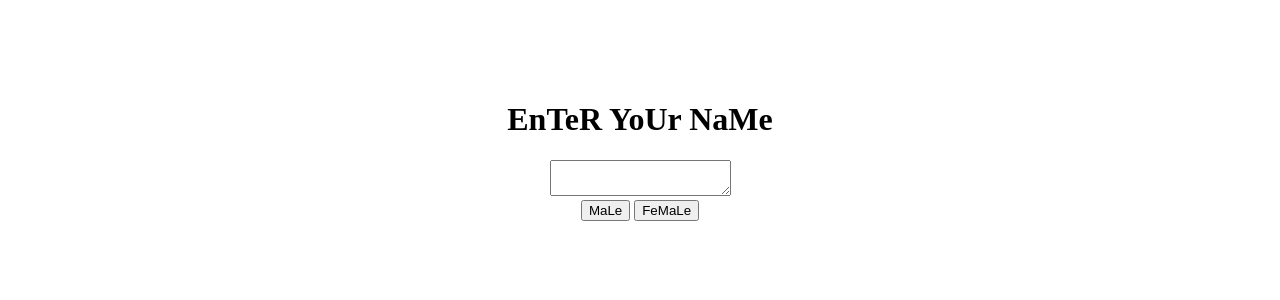
Repository: mutuz786/GameProject
Page: gameproject-app/WebContent/index.html
These files come from the project's save history. The page is drawn as it stood at one moment and after the next save; the edit follows.
The browser window is 1280 px wide. The pictures show the whole page.

Above is the page before, as saved 2020-06-09 13:36:44.

### gameproject-app/WebContent/index.html
<!DOCTYPE html>
<html>
<head>
<meta charset="ISO-8859-1">
<title>Game</title>
</head>
<body>
	<br><br><br><br>
	<div align="center" >
		<h1>EnTeR YoUr NaMe</h1>
		<textarea id="name" inputmode="text" ></textarea><br>
		<button >MaLe</button>
		<button>FeMaLe</button>
	</div>
</body>
</html>

After the next save:
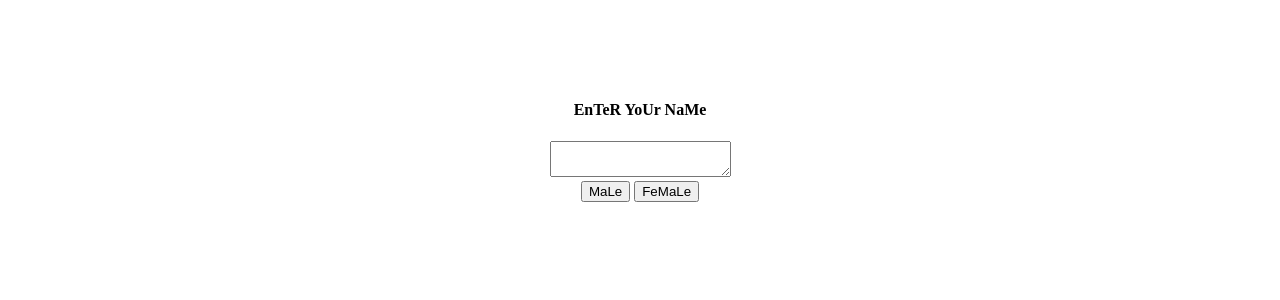
Saved 25 s later.
--- a/gameproject-app/WebContent/index.html
+++ b/gameproject-app/WebContent/index.html
@@ -7,7 +7,7 @@
 <body>
 	<br><br><br><br>
 	<div align="center" >
-		<h1>EnTeR YoUr NaMe</h1>
+		<h4>EnTeR YoUr NaMe</h4>
 		<textarea id="name" inputmode="text" ></textarea><br>
 		<button >MaLe</button>
 		<button>FeMaLe</button>
